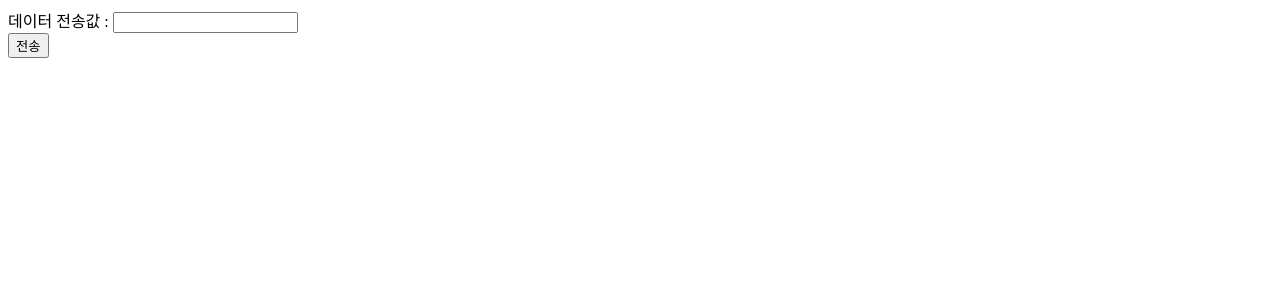
Repository: sagong0/servlet
Page: web/src/main/webapp/index1.html
These files come from the project's save history. The page is drawn as it stood at one moment and after the next save; the edit follows.
The browser window is 1280 px wide. The pictures show the whole page.

Above is the page before, as saved 2023-08-08 03:43:55.

### web/src/main/webapp/index1.html
<!DOCTYPE html>
<html>
<head>
<meta charset="UTF-8">
<title>Servlet 1일차 - POST, GET 전송방식</title>
</head>
<body>

<!--
	Front : 전송방식(post,get) + action(경로-절대,상대)
	 		사용자가 입력한 값에 대한 name 값 (backend가 정해줄꺼)
	Back : web.xml -> action에 사용하는 경로 설정
		   Controller -> doget or dopost 설정
		   결과값을 출력
-->

	<form id="f" method="post" action="http://192.168.110.223:8081/web/indexok.do">
		데이터 전송값 : <input type="text" name="data"><br>
		<input type="button" value="전송" onclick="abc()">
		<!--
			onclick : javascript를 사용하기 위한 속성값
		--!>

	</form>

	<script>
		function abc(){
			if(f.data.value == ""){
				alert("전송할 데이터 값을 입력해주세요.");
			}else{
				f.submit();
			}
		}
	</script>

</body>
</html>

After the next save:
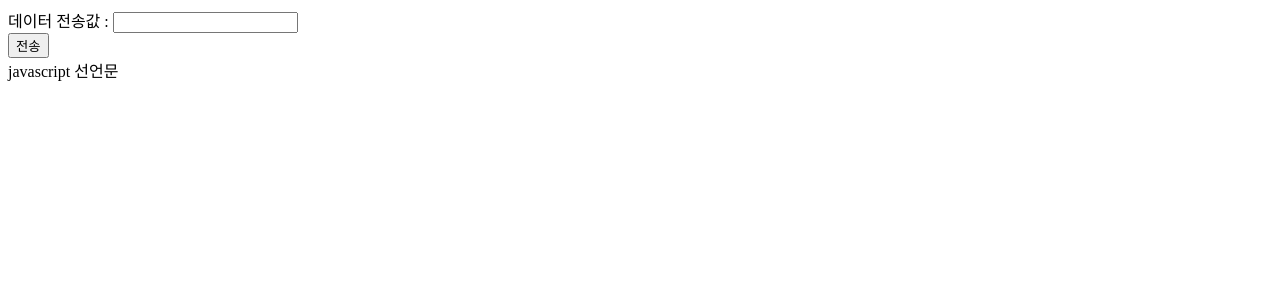
Saved 67 s later.
--- a/web/src/main/webapp/index1.html
+++ b/web/src/main/webapp/index1.html
@@ -19,10 +19,11 @@
 		<input type="button" value="전송" onclick="abc()">
 		<!--
 			onclick : javascript를 사용하기 위한 속성값
-		--!>
+			abc() : 함수명
+		!-->
 
 	</form>
-
+	 javascript 선언문
 	<script>
 		function abc(){
 			if(f.data.value == ""){

After the 2 saves that followed:
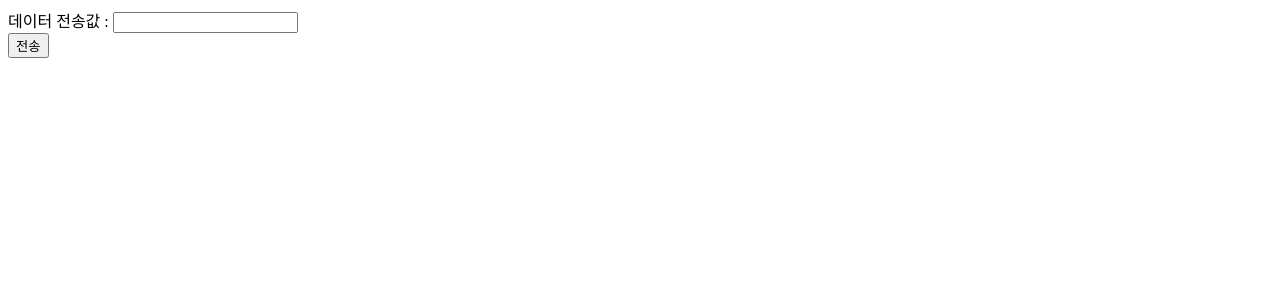
The 2 saves are shown as one change because 1 left the picture as it was.
The last was saved 12 s later.
--- a/web/src/main/webapp/index1.html
+++ b/web/src/main/webapp/index1.html
@@ -20,10 +20,10 @@
 		<!--
 			onclick : javascript를 사용하기 위한 속성값
 			abc() : 함수명
-		!-->
+		-->
 
 	</form>
-	 javascript 선언문
+	 <!--javascript 선언문-->
 	<script>
 		function abc(){
 			if(f.data.value == ""){
